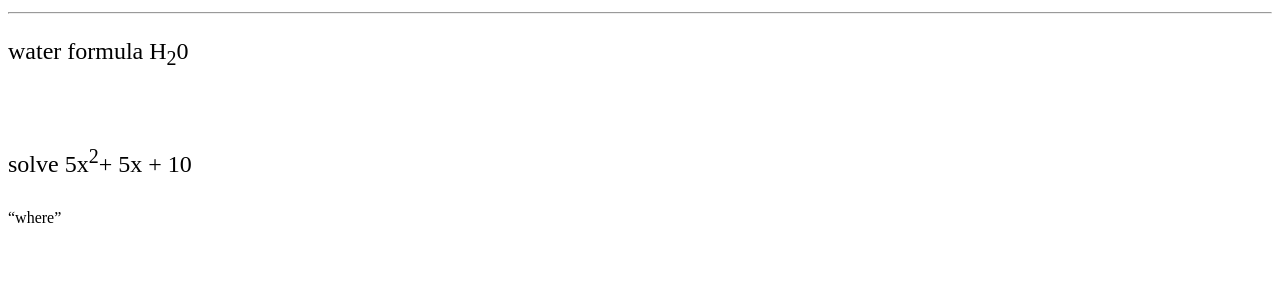
Repository: wakoya-tech/Node.js
Page: Desktop/Node-js/example/index.html
These files come from the project's save history. The page is drawn as it stood at one moment and after the next save; the edit follows.
The browser window is 1280 px wide. The pictures show the whole page.

Above is the page before, as saved 2025-11-13 10:31:15.

### Desktop/Node-js/example/index.html
<!DOCTYPE html>
<html lang="en">
<head>
    <meta charset="UTF-8">
    <meta name="viewport" content="width=device-width, initial-scale=1.0">
    <title>Document</title>
</head>
<body>
    <font size="5"> <hr>
    <p>water formula H<sub>2</sub>0</p>
   <br>
    <p>solve 5x<sup>2</sup>+ 5x + 10</p>
</font>
   <q>where</q>
</body>
</html>

After the next save:
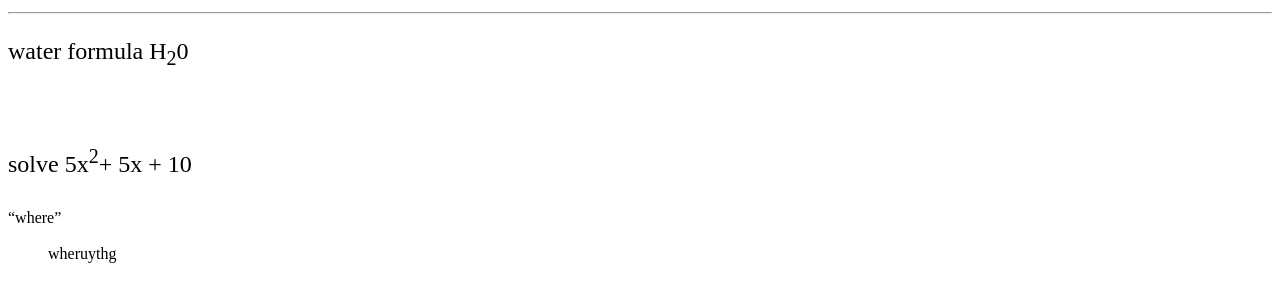
Saved 85 s later.
--- a/Desktop/Node-js/example/index.html
+++ b/Desktop/Node-js/example/index.html
@@ -12,5 +12,6 @@
     <p>solve 5x<sup>2</sup>+ 5x + 10</p>
 </font>
    <q>where</q>
+   <blockquote>wheruythg</blockquote>
 </body>
 </html>
